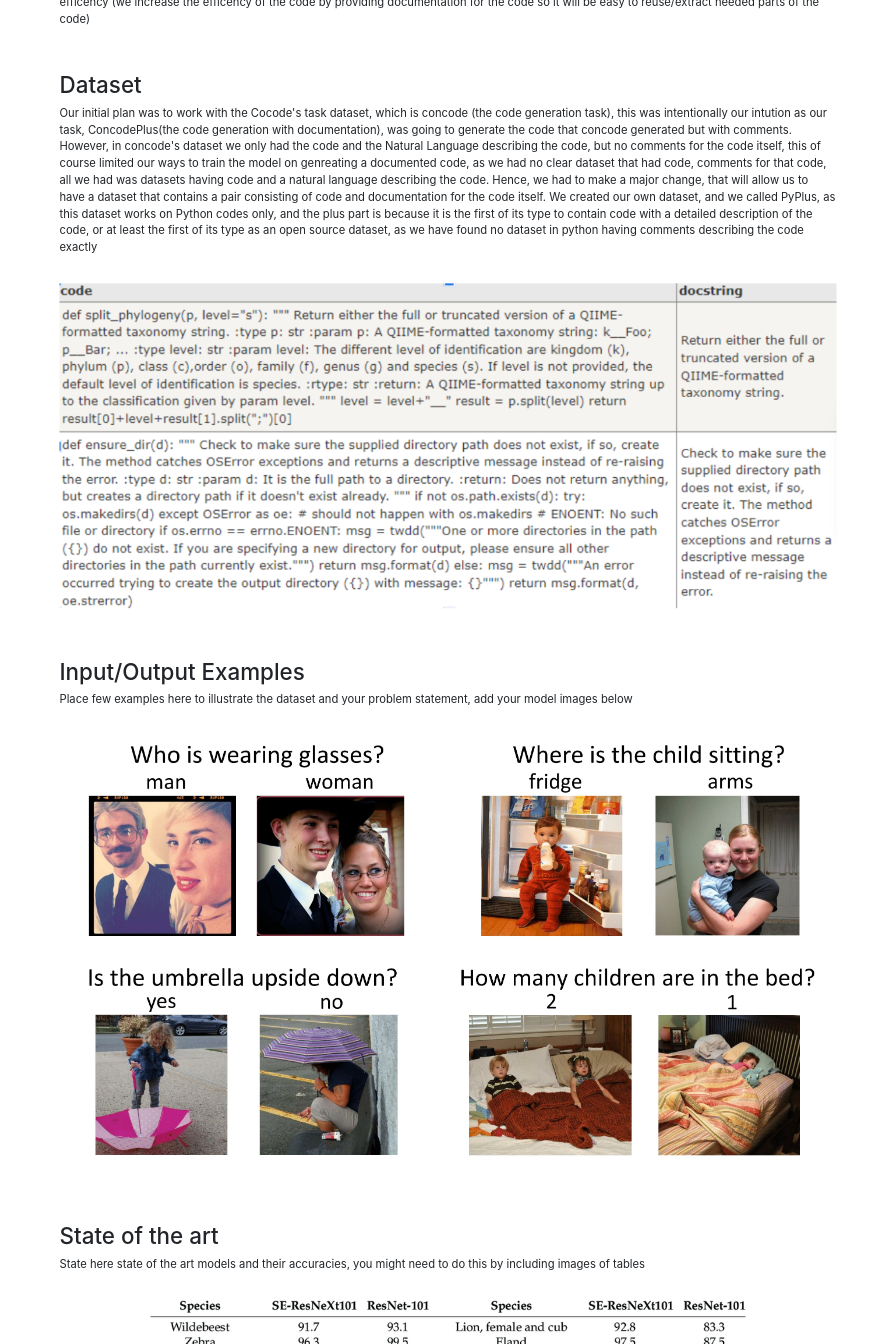
Repository: Shaalan-omar/ConcodePlus
Page: team-specific/index.html
These files come from the project's save history. The page is drawn as it stood at one moment and after the next save; the edit follows.
The browser window is 1280 px wide. The pictures show the part of the page from y = 377 to 2297 px (the page is 6109 px tall before and 6125 px after), at 70% of full size.

Above is the page before, as saved 2023-05-11 10:05:58.

### team-specific/index.html
<!DOCTYPE html>
<html lang="en">

<head>

  <meta charset="utf-8">
  <meta name="viewport" content="width=device-width, initial-scale=1, shrink-to-fit=no">
  <meta name="description" content="">
  <meta name="author" content="">

  <title>Code Generation / Documentation model based on CodeT5</title>

  <!-- Bootstrap core CSS -->
  <link href="../vendor/bootstrap/css/bootstrap.min.css" rel="stylesheet">

</head>

<body>

  <!-- Navigation -->
  <nav class="navbar navbar-expand-lg navbar-dark bg-dark static-top">
    <div class="container">
      <a class="navbar-brand" href="../home.html">Practical Machine Deep Learning</a>
      <button class="navbar-toggler" type="button" data-toggle="collapse" data-target="#navbarResponsive" aria-controls="navbarResponsive" aria-expanded="false" aria-label="Toggle navigation">
        <span class="navbar-toggler-icon"></span>
      </button>
      <div class="collapse navbar-collapse" id="navbarResponsive">
        <ul class="navbar-nav ml-auto">
          <li class="nav-item active">
            <a class="nav-link" href="../home.html">Home
              <span class="sr-only">(current)</span>
            </a>
          </li>
          <li class="nav-item">
            <a class="nav-link" href="../about.html">About</a>
          </li>
          <li class="nav-item">
            <a class="nav-link" href="../contact.html">Contact</a>
          </li>
        </ul>
      </div>
    </div>
  </nav>

  <!-- Page Content -->
  <div class="container">
    <div class="row">
      <div class="col-lg-12 text-center">
        <h1 class="mt-5">Code Generation / Documentation model based on CodeT5</h1>
        <ul class="list-unstyled">
          <li>Omar Shaalan 900193887</li>
          <li>Kyrollos Zakarya 900203309</li>
        </ul>
      </div>
    </div>


    <div class="row">
      <div class="col-lg-12 text-left">
        <h2 class="mt-5"></h2>
		<p>
			Code generation is a very important in our current daily life. However, the documentation of the code is beyond important too,
      we need the code that is generated to have a documentation generated with it in order to be able to generate a code that is understandable
      and increase the efficency (we increase the efficency of the code by providing documentation for the code so it will be easy to reuse/extract needed parts of the code)
		</p>
      </div>
    </div>

    <div class="row">
      <div class="col-lg-12 text-left">
        <h2 class="mt-5">Dataset</h2>

        <p>
			Our initial plan was to work with the Cocode's task dataset, which is concode (the code generation task), this was intentionally our intution
      as our task, ConcodePlus(the code generation with documentation), was going to generate the code that concode generated but with comments. However,
      in concode's dataset we only had the code and the Natural Language describing the code, but no comments for the code itself, this of course limited our ways
      to train the model on genreating a documented code, as we had no clear dataset that had code, comments for that code, all we had was datasets having code and
      a natural language describing the code.
      Hence, we had to make a major change, that will allow us to have a dataset that contains a pair consisting of code and documentation for the code itself.
      We created our own dataset, and we called PyPlus, as this dataset works on Python codes only, and the plus part is because it is the first of its type to contain code with a detailed description of the code, or at least the first
      of its type as an open source dataset, as we have found no dataset in python having comments describing the code exactly
    </p>

		<br/> <!-- Empty Line before the image -->
	    <div class="img-container" align="center"> <!-- Block parent element -->
      		<img src="resources/images/dataset.png" class="img-fluid text-center">
    	</div>
    	<br/> <!-- Empty Line after the image -->
      </div>
    </div>

    <div class="row">
      <div class="col-lg-12 text-left">
        <h2 class="mt-5">Input/Output Examples</h2>

        <p>
			Place few examples here to illustrate the dataset and your problem statement, add your model images below
		</p>

		<br/> <!-- Empty Line before the image -->
	    <div class="img-container" align="center"> <!-- Block parent element -->
      		<img src="resources/images/examples.jpg" class="img-fluid text-center">
    	</div>
    	<br/> <!-- Empty Line after the image -->
      </div>
    </div>


    <div class="row">
      <div class="col-lg-12 text-left">
        <h2 class="mt-5">State of the art</h2>

        <p>
			State here state of the art models and their accuracies, you might need to do this by including images of tables
		</p>

		<br/> <!-- Empty Line before the image -->
	    <div class="img-container" align="center"> <!-- Block parent element -->
      		<img src="resources/images/state-of-the-art-results.png" class="img-fluid text-center">
    	</div>
    	<br/> <!-- Empty Line after the image -->
      </div>
    </div>

    <div class="row">
      <div class="col-lg-12 text-left">
        <h2 class="mt-5">Orignial Model from Literature</h2>

        <p>
			Details about the model here, add your model images below
		</p>

		<br/> <!-- Empty Line before the image -->
	    <div class="img-container" align="center"> <!-- Block parent element -->
      		<img src="resources/images/model.png" class="img-fluid text-center">
    	</div>
    	<br/> <!-- Empty Line after the image -->
      </div>
    </div>

    <div class="row">
      <div class="col-lg-12 text-left">
        <h2 class="mt-5">Proposed Updates</h2>

        <p>
			Add all the model updates you made here, need as many images as you wish
		</p>

		<h5 class="mt-5">Update #1: Used new bla bla</h5>
		<p>
			details here
		</p>
		<br/> <!-- Empty Line before the image -->
	    <div class="img-container" align="center"> <!-- Block parent element -->
      		<img src="resources/images/update1.jpeg" class="img-fluid text-center">
    	</div>
    	<br/> <!-- Empty Line after the image -->

		<h5 class="mt-5">Update #2: Used new whatever</h5>
		<p>
			details here
		</p>
		<br/> <!-- Empty Line before the image -->
	    <div class="img-container" align="center"> <!-- Block parent element -->
      		<img src="resources/images/update2.png" class="img-fluid text-center">
    	</div>
    	<br/> <!-- Empty Line after the image -->
      </div>
    </div>


    <div class="row">
      <div class="col-lg-12 text-left">
        <h2 class="mt-5">Results</h2>

        <p>
			Add your results here, add graphs and images to illustrate it.
			Compare your results to the original model and state of the art
		</p>

		<br/> <!-- Empty Line before the image -->
	    <div class="img-container" align="center"> <!-- Block parent element -->
      		<img src="resources/images/results.png" class="img-fluid text-center">
    	</div>
    	<br/> <!-- Empty Line after the image -->
      </div>
    </div>


    <div class="row">
      <div class="col-lg-12 text-left">
        <h2 class="mt-5">Technical report</h2>

        <p>
			Here you will detail the details related to training, for example:
		</p>

	 	<ul>
		  <li>Programming framework</li>
		  <li>Training hardware i.e. colab or azure or anything else</li>
		  <li>Training time</li>
		  <li>Number of epochs</li>
		  <li>Time per epoch</li>
		  <li>Any other important detail or difficulties</li>
		</ul>
      </div>
    </div>

	<div class="row">
	  <div class="col-lg-12 text-left">
	    <h2 class="mt-5">Conclusion</h2>

	    <p>
			Conclusion and future work (including lessons learned and interesting findings
		</p>

	  </div>
	</div>

	<div class="row">
	  <div class="col-lg-12 text-left">
	    <h2 class="mt-5">References</h2>

	    <p>
	    	List all references here, the following are only examples
	    </p>

		<ol>
		  <li><a href="http://www.google.com">Problem statement url</a></li>
		  <li><a href="http://www.google.com">Dataset URL</a></li>
		  <li><a href="http://www.google.com">Model Reference URL</a></li>
		</ol>
	  </div>
	</div>

  </div>



  <!-- Bootstrap core JavaScript -->
  <script src="../vendor/jquery/jquery.slim.min.js"></script>
  <script src="../vendor/bootstrap/js/bootstrap.bundle.min.js"></script>

</body>

</html>

Loaded but not shown: vendor/bootstrap/css/bootstrap.min.css (library); vendor/jquery/jquery.slim.min.js (library); vendor/bootstrap/js/bootstrap.bundle.min.js (library)

After the next save:
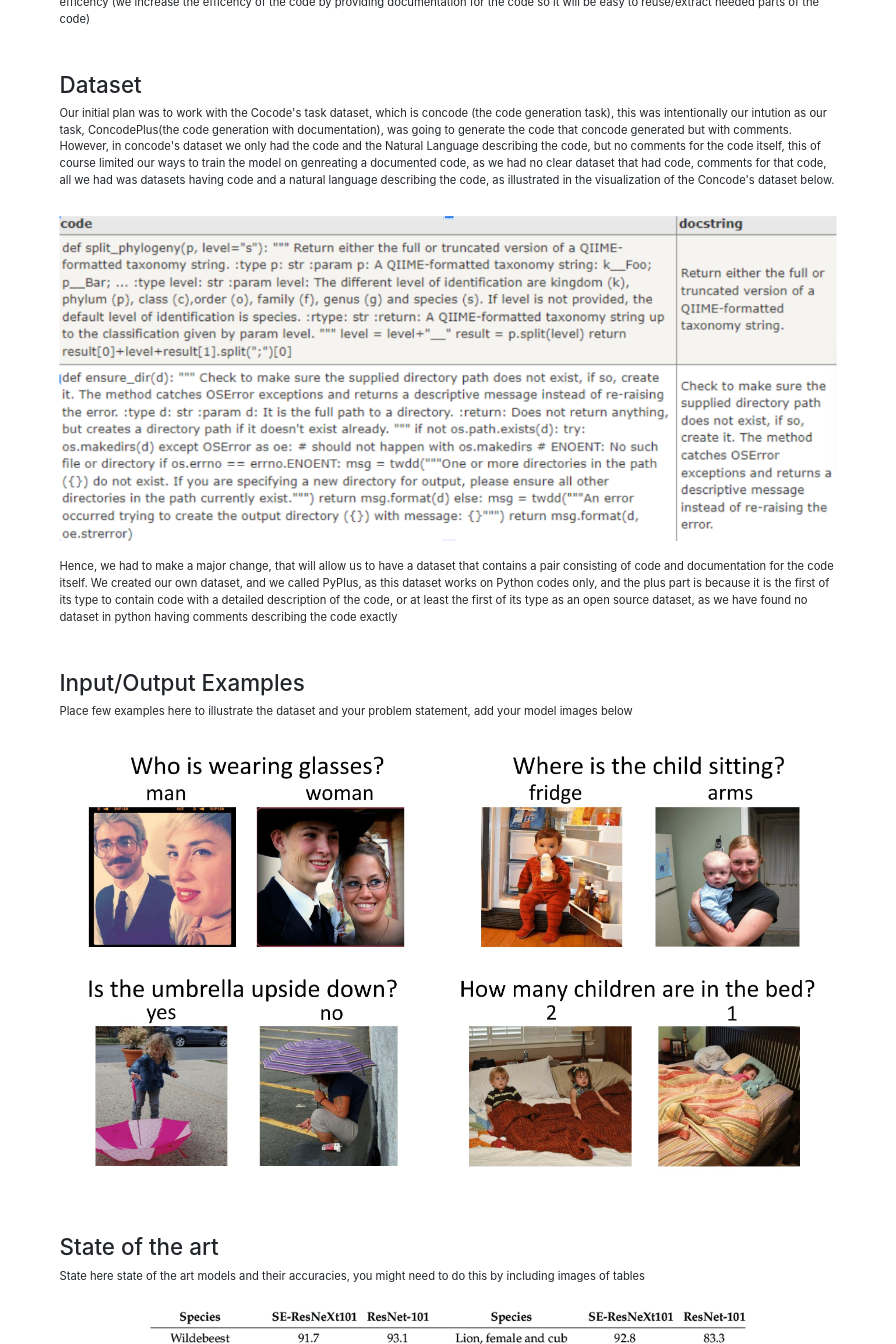
Saved 11 h 43 min later.
--- a/team-specific/index.html
+++ b/team-specific/index.html
@@ -75,17 +75,19 @@
       as our task, ConcodePlus(the code generation with documentation), was going to generate the code that concode generated but with comments. However,
       in concode's dataset we only had the code and the Natural Language describing the code, but no comments for the code itself, this of course limited our ways
       to train the model on genreating a documented code, as we had no clear dataset that had code, comments for that code, all we had was datasets having code and
-      a natural language describing the code.
-      Hence, we had to make a major change, that will allow us to have a dataset that contains a pair consisting of code and documentation for the code itself.
+      a natural language describing the code, as illustrated in the visualization of the Concode's dataset below.
+    </p>
+    <br/> <!-- Empty Line before the image -->
+    <div class="img-container" align="center"> <!-- Block parent element -->
+        <img src="resources/images/dataset.png" class="img-fluid text-center">
+    </div>
+    <br/> <!-- Empty Line after the image -->
+<p>
+  Hence, we had to make a major change, that will allow us to have a dataset that contains a pair consisting of code and documentation for the code itself.
       We created our own dataset, and we called PyPlus, as this dataset works on Python codes only, and the plus part is because it is the first of its type to contain code with a detailed description of the code, or at least the first
       of its type as an open source dataset, as we have found no dataset in python having comments describing the code exactly
-    </p>
-
-		<br/> <!-- Empty Line before the image -->
-	    <div class="img-container" align="center"> <!-- Block parent element -->
-      		<img src="resources/images/dataset.png" class="img-fluid text-center">
-    	</div>
-    	<br/> <!-- Empty Line after the image -->
+</p>
+
       </div>
     </div>
 
